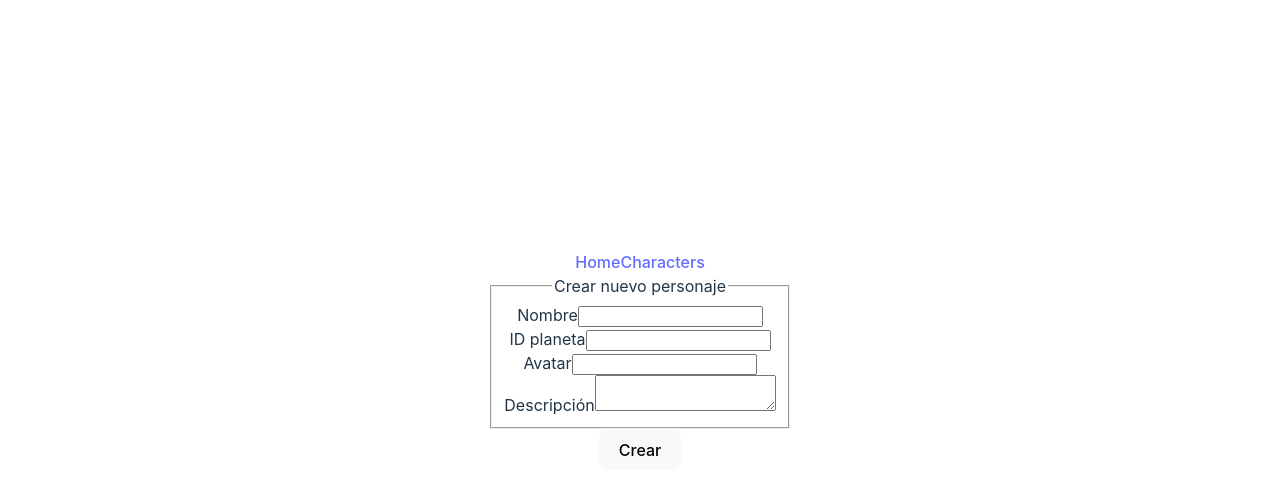
Repository: abelcabezaroman/react-dragon-ball
Page: /characters/1
The author's editor kept a copy of each file at every save. The page is drawn from the files as they stood at one save, then again after the next save.
The browser window is 1280 px wide. The pictures show the whole page.
The project was rebuilt for these pictures with package versions that can differ from the ones it lists, and the page was loaded fresh each time. Requests to the local data server were answered from the project's data file. Also part of the build but not shown: vite.config.js, src/pages/HomePage/HomePage.jsx, src/components/Gallery/Gallery.scss, src/components/Gallery/Gallery.jsx, src/pages/CharactersPage/CharactersPage.jsx, src/pages/CharactersNewPage/CharactersNewPage.jsx.

Above is the page before, as saved 2024-04-05 17:49:39.

### src/App.jsx
import './App.css'
import Form from './components/Form/Form';
import { BrowserRouter, NavLink, Route, Routes } from 'react-router-dom';
import HomePage from './pages/HomePage/HomePage';
import CharactersPage from './pages/CharactersPage/CharactersPage';
import CharactersNewPage from './pages/CharactersNewPage/CharactersNewPage';
import CharactersEditPage from './pages/CharactersEditPage/CharactersEditPage';

function App() {

  return (
    <>

      <BrowserRouter>

        <header>
          <NavLink to="/">Home</NavLink>
          <NavLink to="/characters">Characters</NavLink>
        </header>

        <Routes>
          <Route path={"/"} element={<HomePage />}></Route>
          <Route path={"/characters"} element={<CharactersPage />}></Route>
          <Route path={"/characters/new"} element={<CharactersNewPage/>}></Route>
          <Route path={"/characters/:id"} element={<CharactersEditPage/>}></Route>
        </Routes>
      </BrowserRouter>



    </>
  )
}

export default App

### src/index.css
:root {
  font-family: Inter, system-ui, Avenir, Helvetica, Arial, sans-serif;
  line-height: 1.5;
  font-weight: 400;

  color-scheme: light dark;
  color: rgba(255, 255, 255, 0.87);
  background-color: #242424;

  font-synthesis: none;
  text-rendering: optimizeLegibility;
  -webkit-font-smoothing: antialiased;
  -moz-osx-font-smoothing: grayscale;
}

a {
  font-weight: 500;
  color: #646cff;
  text-decoration: inherit;
}
a:hover {
  color: #535bf2;
}

body {
  margin: 0;
  display: flex;
  place-items: center;
  min-width: 320px;
  min-height: 100vh;
}

h1 {
  font-size: 3.2em;
  line-height: 1.1;
}

button {
  border-radius: 8px;
  border: 1px solid transparent;
  padding: 0.6em 1.2em;
  font-size: 1em;
  font-weight: 500;
  font-family: inherit;
  background-color: #1a1a1a;
  cursor: pointer;
  transition: border-color 0.25s;
}
button:hover {
  border-color: #646cff;
}
button:focus,
button:focus-visible {
  outline: 4px auto -webkit-focus-ring-color;
}

@media (prefers-color-scheme: light) {
  :root {
    color: #213547;
    background-color: #ffffff;
  }
  a:hover {
    color: #747bff;
  }
  button {
    background-color: #f9f9f9;
  }
}

img{height: 300px}

### src/components/Form/Form.jsx
import React from 'react'
import { useForm } from 'react-hook-form';

export default function Form({onSubmit, data}) {
    const { register, handleSubmit } = useForm({defaultValues:data});
    return (
        <form onSubmit={handleSubmit(onSubmit)}>

            <fieldset>
                <legend>Crear nuevo personaje</legend>

                <div>
                    <label >
                        Nombre
                        <input type="text" {...register("name", { required: true })} />
                    </label>
                </div>

                <div>
                    <label >
                        ID planeta
                        <input type="text" {...register("idPlanet", { required: true })} />
                    </label>
                </div>

                <div>
                    <label >
                        Avatar
                        <input type="text" {...register("avatar", { required: true })} />
                    </label>
                </div>

                <div>
                    <label >
                        Descripción
                        <textarea  {...register("description", { required: true })} />
                    </label>
                </div>
            </fieldset>

            <button>Crear</button>
        </form>
    )
}

### src/pages/CharactersEditPage/CharactersEditPage.jsx
import React, { useEffect, useState } from 'react'
import { useNavigate, useParams } from 'react-router-dom';
import Form from '../../components/Form/Form';
import axios from 'axios';

export default function CharactersEditPage() {
  const navigate = useNavigate();
  const {id} = useParams();

  const [character, setCharacter] = useState()

  const putCharacter = async (newCharacter) => {
    await axios.put("http://localhost:3000/characters" , newCharacter);
    navigate("/characters")
  }

  const getCharacter = async () => {
    const { data } = await axios("http://localhost:3000/characters/" +id );
    setCharacter(data)
  }

  useEffect(() => {
    getCharacter();
  }, [])

  return (
    <div>
      <Form onSubmit={putCharacter} data={character}/>
    </div>
  )
}

### db.json
{
    "characters": [
      {
        "id": 1,
        "name": "Goku",
        "description": "Son Goku (孫そん悟ご空くうKan, Son GokūHepJP, Sūn Wùkōng), originalmente llamado Zero en Estados Unidos e Hispanoamérica (doblaje de Harmony Gold) y posteriormente Gokú en este último, es el protagonista principal del manga y anime de Dragon Ball creado por Akira Toriyama. Su nombre real y de nacimiento es Kacarrot (カカロットKan, KakarottoHepJP, Kakarrot en Saiyan.png en alfabeto saiyano) y es uno de los pocos saiyanos que lograron sobrevivir a la destrucción total del Planeta Vegeta del Universo 7. Es el segundo hijo de Bardock y Gine, hermano menor de Raditz, nieto adoptivo de Son Gohan, esposo de Chi-Chi, padre de Son Gohan y Son Goten, a su vez también es el abuelo de Pan y ancestro de Son Goku Jr.",
        "avatar": "http://localhost:3000/images/goku.png",
        "idPlanet": 1
      },
      {
        "id": 2,
        "name": "Vegeta",
        "description": "Vegeta IV (ベジータ四世Kan, Bejīta Yon-sei[27]HepJP), reconocido oficialmente como el Príncipe Vegeta (ベジータ王子Kan, Bejīta-ōjiHepJP) y más conocido simplemente como Vegeta (ベジータKan, BejītaHepJP) o Vegeeta, es el deuteragonista de Dragon Ball Z, Dragon Ball Z Kai, Dragon Ball GT y Dragon Ball Super. Es el hijo mayor del Rey Vegeta III, así como el príncipe más reciente de la familia real saiyana y uno de los pocos supervivientes tras el genocidio saiyano del planeta Vegeta del Universo 7, destruido a manos de Freeza. Es el eterno rival de Son Goku, hermano mayor de Tarble, el esposo de Bulma, padre de Trunks y Bra y ancestro de Vegeta Jr.",
        "avatar": "http://localhost:3000/images/vegeta.png",
        "idPlanet": 1
      },
      {
        "id": 3,
        "name": "Android 17",
        "description": "Androide Número 17 (人造人間１７号Kan, Jinzōningen Jū Nana-GōHepJP) conocido como Lapis (ラピスKan, RapisuHepJP)[13] antes de ser secuestrado, es el hermano gemelo de la Androide Número 18, quien al igual que ella antes de ser Androide era un humano normal hasta que fueron secuestrados por el Dr. Gero, y es por eso que lo odian. Tras su cambio de humano a Androide, le insertaron un chip con el objetivo de destruir a Son Goku, quien en su juventud extermino al Ejército del Listón Rojo. Al considerarse defectuoso porque no quería ser 'esclavo de nadie', el Dr. Gero les había colocado a ambos hermanos, un dispositivo de apagado para detenerlos en cualquier momento de desobediencia, pero cuando el científico los despierta, el rencor y rebeldía de 17 eran tal que se encargó de destruir el control que lo volvería a encerrar y acto seguido mató sin piedad a su propio creador. Su situación se le iría en contra, ya que Cell tenía como misión absorber a 17 y 18 para completar su desarrollo y convertirse en Cell Perfecto.",
        "avatar": "http://localhost:3000/images/android-17.png",
        "idPlanet": 2
      },    {
        "id": 3,
        "name": "Trunks",
        "description": "Trunks (トランクスKan, TorankusuHepJP), también conocido como Trunk en el doblaje al español de España, es un mestizo entre humano terrícola y Saiyan nacido en la Tierra, e hijo de Bulma y Vegeta, el cual es introducido en el Arco de los Androides y Cell. Más tarde en su vida como joven, se termina convirtiendo en un luchador de artes marciales, el mejor amigo de Son Goten y en el hermano mayor de su hermana Bra.",
        "avatar": "http://localhost:3000/images/trunks.png",
        "idPlanet": 2
      },
      {
        "id": 5,
        "name": "Son Gohan",
        "description": "Son Gohan (孫そん悟ご飯はんKan, Son GohanHepJP), Son Gohanda[29] en su tiempo en España, o simplemente Gohan en Hispanoamérica, es uno de los personajes principales de los arcos argumentales de Dragon Ball Z, Dragon Ball Super y Dragon Ball GT. Es un mestizo entre saiyano y humano terrícola. Es el primer hijo de Son Goku y Chi-Chi, hermano mayor de Son Goten, esposo de Videl y padre de Pan.",
        "avatar": "http://localhost:3000/images/son-gohan.png",
        "idPlanet": 2
      },
      {
        "id": 6,
        "name": "Bulma",
        "description": "Bulma (ブルマKan, BurumaHepJP), también conocida como la científica genio Dra. Bulma (ブルマ 博士【はかせ】Kan, Buruma Hakase[15]HepJP) es la protagonista femenina de la serie manga Dragon Ball y sus adaptaciones al anime Dragon Ball, Dragon Ball Z, Dragon Ball Super y Dragon Ball GT. Es hija del Dr. Brief y su esposa Panchy, hermana menor de Tights y una gran amiga de Son Goku con quien inicia la búsqueda de las Esferas del Dragón. En Dragon Ball Z tuvo a Trunks, primogénito de quien sería su esposo Vegeta, a su hija Bra[16] y su hijo adulto del tiempo alterno Trunks del Futuro Alternativo.",
        "avatar": "http://localhost:3000/images/bulma.png",
        "idPlanet": 2
      },
      {
        "id": 6,
        "name": "Son Goten",
        "description": "Son Goten (孫そん悟ご天てんKan, Son GotenHepJP), llamado también simplemente Goten, es el segundo hijo de Chi-Chi y Son Goku, y hermano menor de Son Gohan, que nació al poco tiempo de la segunda muerte de su padre.",
        "avatar": "http://localhost:3000/images/goten.png",
        "idPlanet": 2
      },
      {
        "id": 8,
        "name": "Videl",
        "description": "Videl (ビーデルKan, BīderuHepJP) es la hija del campeón mundial de Artes Marciales Mr. Satán y de la famosa cantante fallecida Miguel. Ella es la esposa de Son Gohan y madre de Pan.",
        "avatar": "http://localhost:3000/images/videl.png",
        "idPlanet": 2
      },
      {
        "id": 9,
        "name": "Piccolo",
        "description": "Piccolo (ピッコロKan, PikkoroHepJP, Piccolo en namekiano.png en idioma namekiano) o Piccolo Jr. (ピッコロ・ジュニアKan, Pikkoro JuniaHepJP), también conocido bajo el seudónimo de Ma Junior (マジュニアKan, Ma JuniaHepJP), es uno de los personajes principales que aparece en el manga y anime de Dragon Ball y sus correspondientes secuelas.",
        "avatar": "http://localhost:3000/images/piccolo.png",
        "idPlanet": 3
      }
    ],
    "planets": [
      {
        "id": 1,
        "name": "Vegeta",
        "image": "http://localhost:3000/images/planeta-vegeta.png"
      },
      {
        "id": 2,
        "name": "Tierra",
        "image": "http://localhost:3000/images/planeta-tierra.png"
      },
      {
        "id": 3,
        "name": "Namek",
        "image": "http://localhost:3000/images/planeta-namek.png"
      }
    ]
  }

Loaded but not shown: index.html (common file); src/main.jsx (common file); src/App.css (common file)

After the next save:
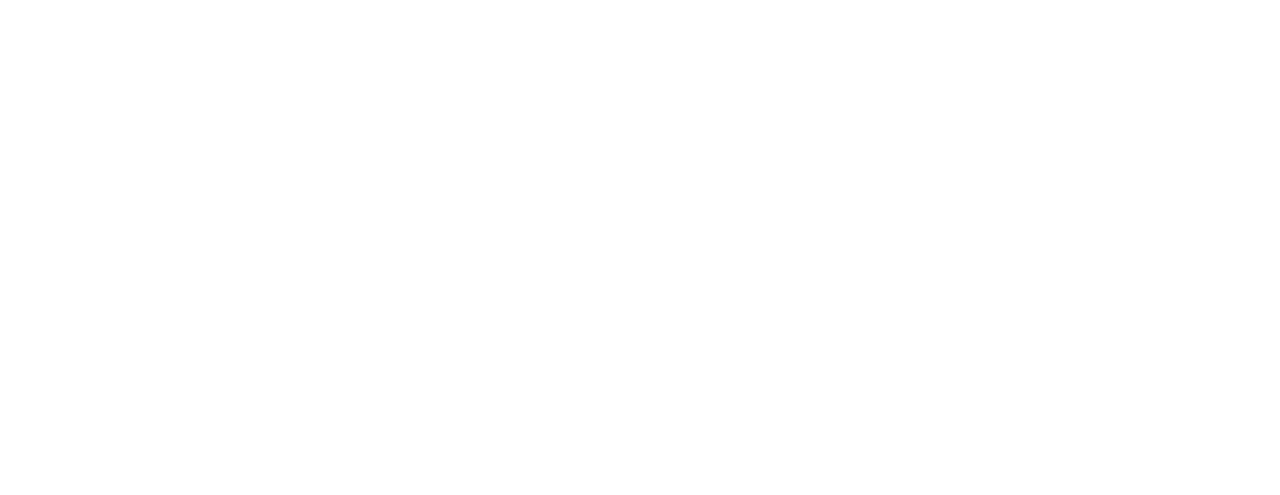
Console error: ReferenceError: data is not defined
Saved 21 s later.
--- a/src/pages/CharactersEditPage/CharactersEditPage.jsx
+++ b/src/pages/CharactersEditPage/CharactersEditPage.jsx
@@ -25,7 +25,7 @@
 
   return (
     <div>
-      <Form onSubmit={putCharacter} data={character}/>
+      {data && <Form onSubmit={putCharacter} data={character}/>}
     </div>
   )
 }

After the save that followed:
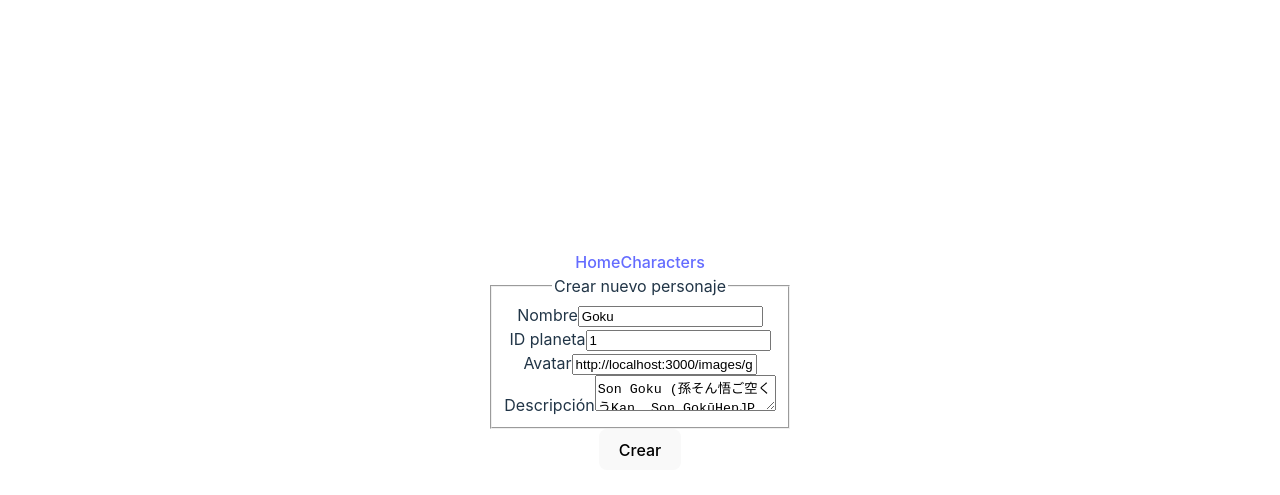
The error is gone.
Saved 7 s later.
--- a/src/pages/CharactersEditPage/CharactersEditPage.jsx
+++ b/src/pages/CharactersEditPage/CharactersEditPage.jsx
@@ -25,7 +25,7 @@
 
   return (
     <div>
-      {data && <Form onSubmit={putCharacter} data={character}/>}
+      {character && <Form onSubmit={putCharacter} data={character}/>}
     </div>
   )
 }
